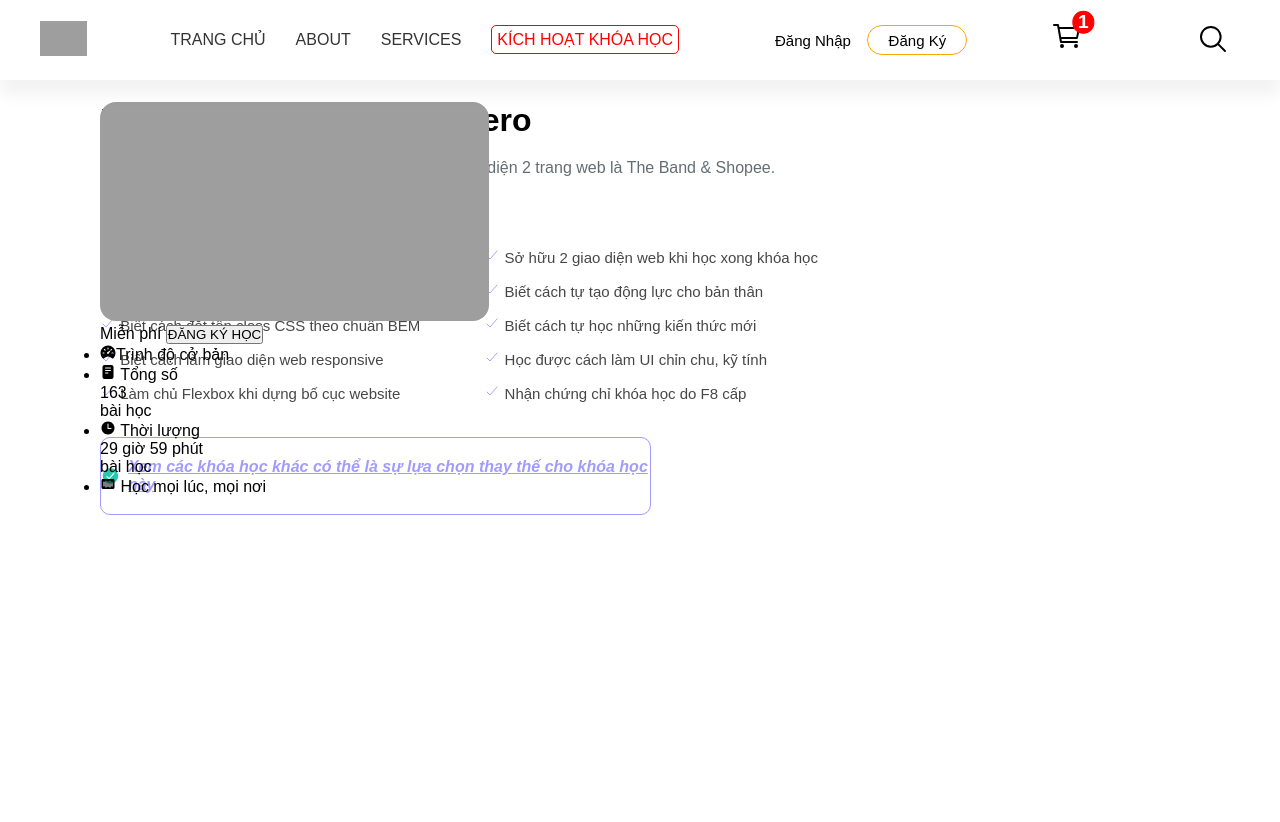
Repository: hoanghuuphuc/hoanghuuphuc
Page: details.html
An editor plug-in stored every save of this project. The page is shown before and after the next save, followed by the edit.
The browser window is 1280 px wide. The pictures show the whole page.
Pictures or frames that could not be fetched are drawn as grey boxes.

Above is the page before, as saved 2022-12-11 22:13:49.
Console error: TypeError: Cannot read properties of null (reading 'addEventListener')

### details.html
<!DOCTYPE html>
<html lang="en">
  <head>
    <meta charset="UTF-8" />
    <meta http-equiv="X-UA-Compatible" content="IE=edge" />
    <meta name="viewport" content="width=device-width, initial-scale=1.0" />
    <title>Product-Details</title>
    <link rel="stylesheet" href="./style.css" />
    <link rel="stylesheet" href="./rps_mobile.css" />
    <link rel="preconnect" href="https://fonts.gstatic.com" />
  </head>
  <body>
    <header>
      <div class="logo">
        <a href="">
          <img id="img" src="./Img/logene.jfif" alt="" />
        </a>
      </div>
      <div class="group">
        <ul class="navigation">
          <li><a href="">Trang Chủ</a></li>
          <li><a href="">About</a></li>
          <li><a href="">Services</a></li>
          <li><a id="active" href="">Kích Hoạt Khóa Học</a></li>
        </ul>
      </div>
      <div class="User">
        <div class="but">
          <button>Đăng Nhập</button>
          <button>Đăng Ký</button>
        </div>
      </div>
      <div class="icons">
        <ion-icon name="cart-outline"></ion-icon>
        <span>1</span>
      </div>
      <div class="search">
        <span class="icon">
          <ion-icon name="search-outline" class="searchBtn"></ion-icon>
          <ion-icon name="close-outline" class="closeBtn"></ion-icon>
        </span>
      </div>
      <ion-icon name="menu-outline" class="menuToggle"></ion-icon>
      <div class="searchBox">
        <input type="text" placeholder="Search here . . ." />
      </div>
    </header>
    <div class="details-section">
      <div class="details-left">
        <div class="details-left-name">
          <h1>HTML CSS từ Zero đến Hero</h1>
          <span
            >Trong khóa này chúng ta sẽ cùng nhau xây dựng giao diện 2 trang web
            là The Band & Shopee.</span
          >
        </div>
        <span class="bonus">Bạn sẽ học được gì?</span>
        <div class="details-left-content">
          <ul>
            <li>
              <ion-icon name="checkmark-outline"></ion-icon>
              Biết cách xây dựng giao diện web với HTML, CSS
            </li>
            <li>
              <ion-icon name="checkmark-outline"></ion-icon>
              Biết cách phân tích giao diện website
            </li>
            <li>
              <ion-icon name="checkmark-outline"></ion-icon>
              Biết cách đặt tên class CSS theo chuẩn BEM
            </li>
            <li>
              <ion-icon name="checkmark-outline"></ion-icon>
              Biết cách làm giao diện web responsive
            </li>
            <li>
              <ion-icon name="checkmark-outline"></ion-icon>
              Làm chủ Flexbox khi dựng bố cục website
            </li>
          </ul>
          <ul>
            <li>
              <ion-icon name="checkmark-outline"></ion-icon>
              Sở hữu 2 giao diện web khi học xong khóa học
            </li>
            <li>
              <ion-icon name="checkmark-outline"></ion-icon>
              Biết cách tự tạo động lực cho bản thân
            </li>
            <li>
              <ion-icon name="checkmark-outline"></ion-icon>
              Biết cách tự học những kiến thức mới
            </li>
            <li>
              <ion-icon name="checkmark-outline"></ion-icon>
              Học được cách làm UI chỉn chu, kỹ tính
            </li>
            <li>
              <ion-icon name="checkmark-outline"></ion-icon>
              Nhận chứng chỉ khóa học do F8 cấp
            </li>
          </ul>
        </div>
        <div class="details-left-tag">
          <ion-icon name="checkmark-circle"></ion-icon>
          <a href="#">
            Xem các khóa học khác có thể là sự lựa chọn thay thế cho khóa học
            này
          </a>
        </div>
      </div>
      <div class="details-right">
        <div class="details-right-video">
          <iframe
            width="389"
            height="219"
            src="https://www.youtube.com/embed/YTDHcEJs684"
            title="YouTube video player"
            frameborder="0"
            allow="accelerometer; autoplay; clipboard-write; encrypted-media; gyroscope; picture-in-picture"
            allowfullscreen></iframe>
        </div>
        <div class="details-right-content1">
          <span>Miễn phí</span>
          <button>ĐĂNG KÝ HỌC</button>
        </div>
        <div class="details-right-content2">
          <ul>
            <li>
              <ion-icon name="speedometer"></ion-icon
              ><span>Trình độ cở bản</span>
            </li>
            <li>
              <ion-icon name="reader"></ion-icon>
              <span
                >Tổng số
                <p>163</p>
                bài học</span
              >
            </li>
            <li>
              <ion-icon name="time"></ion-icon>
              <span
                ><span
                  >Thời lượng
                  <p>29 giờ 59 phút</p>
                  bài học</span
                ></span
              >
            </li>
            <li>
              <ion-icon name="barcode"></ion-icon
              ><span> Học mọi lúc, mọi nơi </span>
            </li>
          </ul>
        </div>
      </div>
    </div>

    <script src="./app.js"></script>
    <script
      type="module"
      src="https://unpkg.com/ionicons@5.5.2/dist/ionicons/ionicons.esm.js"></script>
    <script
      nomodule
      src="https://unpkg.com/ionicons@5.5.2/dist/ionicons/ionicons.js"></script>
  </body>
</html>

### style.css
* {
  margin: 0;
  padding: 0;
  box-sizing: border-box;
  font-family: "Poppins", sans-serif;
}
body {
  min-height: 100vh;
  overflow-x: hidden;
}
header {
  position: absolute;
  position: fixed;
  z-index: 100;
  top: 0;
  left: 0;
  width: 100%;
  height: 80px;
  background: #fff;
  padding: 20px 40px;
  display: flex;
  justify-content: space-between;
  align-items: center;
  box-shadow: 0px 15px 15px rgba(0, 0, 0, 0.05);
}
.logo img {
  height: 35px;
}
.group {
  display: flex;
  align-items: center;
}
header ul {
  position: relative;
  display: flex;
  gap: 30px;
}
header ul li {
  list-style: none;
}
header ul li a {
  position: relative;
  text-decoration: none;
  font-size: 1em;
  color: #333;
  text-transform: uppercase;
}
header ul li #active {
  border: 1px solid red;
  padding: 5px;
  color: red;
  border-radius: 5px;
}
header ul li a::before {
  content: "";
  position: absolute;
  bottom: -2px;
  width: 100%;
  height: 2px;
  background: #333;
  transform: scaleX(0);
  transition: transform 0.5s ease-in-out;
  transform-origin: right;
}
header ul li a:hover {
  opacity: 0.5;
}
header .User {
  display: flex;
  align-items: center;
}
header .User .but button:nth-child(1) {
  color: #000;
  font-size: 15px;
  height: 30px;
  width: 100px;
  outline: none;
  border: none;
  background: #fff;
}
header .User .but button:nth-child(2) {
  color: #000;
  font-size: 15px;
  height: 30px;
  width: 100px;
  border: 1px solid orange;
  background: #fff;
  border-radius: 15px;
}
header .User .but button:hover {
  opacity: 0.5;
}
header .icons {
  font-size: 2em;
  position: relative;
}
header .icons span {
  position: absolute;
  top: 0%;
  right: 0%;
  line-height: 5%;
  margin-bottom: 50px;
  font-size: 60%;
  color: #fff;
  border: 1px solid red;
  background: red;
  padding: 10px 5px 10px 5px;
  text-align: center;
  font-family: Arial, Helvetica, sans-serif;
  transform: translateX(50%) translateY(-40%);
  border-radius: 100%;
  font-weight: bold;
}
header .search {
  position: relative;
  display: flex;
  justify-content: center;
  align-items: center;
  font-size: 2em;
  z-index: 10;
  cursor: pointer;
}
.searchBox {
  position: absolute;
  right: -100%;
  width: 100%;
  height: 100%;
  display: flex;
  background: #fff;
  align-items: center;
  padding: 0 30px;
  transition: 0.5s ease-in-out;
}
.searchBox.active {
  right: 0;
}
.searchBox input {
  width: 100%;
  border: none;
  outline: none;
  height: 50px;
  color: #333;
  font-size: 1.25em;
  background: #fff;
  border-bottom: 1px solid rgba(0, 0, 0, 0.5);
}
.searchBtn {
  position: relative;
  left: 30px;
  top: 2.5px;
  transition: 0.5s ease-in-out;
}
.searchBtn.active {
  left: 0;
}
.closeBtn {
  opacity: 0;
  visibility: hidden;
  transition: 0.5s;
  scale: 0;
}
.closeBtn.active {
  opacity: 1;
  visibility: visible;
  transition: 0.5s;
  scale: 1;
}
.menuToggle {
  position: relative;
  display: none;
  left: 0;
}
.banner img {
  background-repeat: no-repeat;
  background-size: cover;
  margin-top: 4%;
}
.content {
  display: flex;
  flex-direction: row;
  margin-top: 50px;
  user-select: none;
  justify-content: center;
}
.content .content-1 {
  background-color: black;
  height: 2px;
  width: 200px;
}
.content .content-2 {
  font-size: 30px;
  font-family: "Segoe UI", Tahoma, Geneva, Verdana, sans-serif;
  font-weight: 600;
  padding: 10px;
  margin-top: -32px;
}
.content .content-3 {
  background-color: black;
  height: 2px;
  width: 200px;
}
.boxs {
  display: flex;
  justify-content: center;
  flex-wrap: wrap;
}
.box {
  margin-top: 10px;
  padding: 20px;
  margin: 10px;
  background: #f0f0f0;
  border-radius: 15px;
}
.box-image img {
  height: 250px;
  border-radius: 5%;
}
.box-content .box-name {
  display: flex;
  justify-content: center;
  align-items: center;
  padding: 10px;
}
.box-content .box-name span {
  font-weight: 700;
  margin-right: 5px;
  font-size: 20px;
  font-family: "Segoe UI", Tahoma, Geneva, Verdana, sans-serif;
  overflow: hidden;
  text-overflow: ellipsis;
  white-space: nowrap;
  width: 200px;
  text-align: center;
}
.box-content .box-price {
  display: flex;
  flex-direction: column;
  justify-content: center;
  padding: 5px 10px 10px 10px;
}
.box-content .box-price .price {
  padding: 0px 10px 10px 10px;
}
.price {
  overflow: hidden;
  text-overflow: ellipsis;
  white-space: nowrap;
  width: 210px;
}
.box-content .box-price .price span {
  font-size: 18px;
  font-weight: 500;
}
.box-content .box-price .price a {
  font-weight: 600;
}
.sale {
  overflow: hidden;
  text-overflow: ellipsis;
  white-space: nowrap;
  width: 210px;
}
.box-content .box-price .sale {
  padding: 0px 10px 0px 10px;
}
.box-content .box-price .sale span {
  font-size: 18px;
}
.box-content .box-price .sale a {
  font-size: 18px;
  color: red;
  font-weight: bold;
  text-decoration: none;
}
.box-btn {
  display: flex;
  justify-content: space-between;
  align-items: center;
  border-top: 1px solid #c0c0c0;
}
.box-btn button {
  padding: 5px 20px;
  font-size: 16px;
  font-weight: 500;
  font-family: "Lucida Sans", "Lucida Sans Regular", "Lucida Grande",
    "Lucida Sans Unicode", Geneva, Verdana, sans-serif;
  color: orangered;
  border: 1px solid orangered;
  border-radius: 5px;
  margin-top: 15px;
}
.box-btn button:hover {
  opacity: 0.5;
}
.box-btn ion-icon {
  font-size: 25px;
  font-weight: 500;
  color: orangered;
  margin-top: 15px;
  font-weight: 300;
}
.box-btn ion-icon:hover {
  opacity: 0.5;
}
.title {
  padding: 20px 0px 20px 150px;
}
.title span {
  font-size: 18px;
}
.tabs {
  display: flex;
  justify-content: flex-start;
  padding: 10px 150px 0px 150px;
  flex-wrap: wrap;
}
.tabs .tab-item {
  margin: 0px 0px 0px 5px;
}
.tabs .line {
  position: absolute;
  left: 0;
  bottom: 0;
  width: 0;
  height: 6px;
  border-radius: 15px;
  transition: all 0.2s ease;
}
.tab-item {
  min-width: 80px;
  padding: 5px 10px;
  font-size: 20px;
  text-align: center;
  color: #181821;
  background-color: #dee1e2;
  border-top-left-radius: 5px;
  border-top-right-radius: 5px;
  border-bottom: 5px solid transparent;
  opacity: 0.6;
  cursor: pointer;
  transition: all 0.5s ease;
  display: flex;
  justify-content: center;
  align-items: center;
  border-bottom: 2px solid #000;
}
.tab-icon {
  font-size: 24px;
  position: relative;
}
.tab-item:hover {
  opacity: 1;
  background-color: rgba(194, 53, 100, 0.05);
  border-color: rgba(194, 53, 100, 0.1);
}
.tab-item.active {
  opacity: 1;
  color: #ff4500;
  font-weight: 500;
  border-bottom: 2px solid #ff4500;
}
.tab-content {
  padding: 28px 0px 0px 150px;
}
.tab-pane {
  color: #333;
  display: none;
}
.tab-pane.active {
  display: block;
}
.tab-pane h2 {
  font-size: 24px;
  margin-bottom: 8px;
}
.boxeds {
  display: flex;
  flex-wrap: wrap;
}
.boxed {
  margin-top: 10px;
  padding: 20px;
  margin: 20px 20px 10px 0px;
  background: #f0f0f0;
  border-radius: 15px;
}
.boxed-image img {
  height: 250px;
  width: auto;
  border-radius: 10px;
  overflow: hidden;
  object-fit: cover;
}
.boxed-content .boxed-content-name {
  display: flex;
  justify-content: center;
  align-items: center;
  padding: 10px;
}
.boxed-content-name span {
  font-weight: 600;
  margin-right: 5px;
  font-size: 20px;
  font-family: "Segoe UI", Tahoma, Geneva, Verdana, sans-serif;
  overflow: hidden;
  text-overflow: ellipsis;
  white-space: nowrap;
  width: 200px;
  text-align: center;
  font-weight: 700;
}
.boxed-content-price {
  padding: 5px 10px 10px 10px;
}
.boxed-content-price1 span {
  font-size: 18px;
  font-weight: 500;
}
.boxed-content-price1 a {
  font-weight: 600;
}
.boxed-content-sale {
  padding: 10px 10px 10px 0px;
}
.boxed-content-sale span {
  font-size: 18px;
  font-weight: 500;
}
.boxed-content-sale a {
  font-weight: 600;
  color: red;
}
.boxed-content-btn {
  display: flex;
  justify-content: space-between;
  align-items: center;
  border-top: 1px solid #c0c0c0;
}
.boxed-content-btn button {
  padding: 5px 20px;
  font-size: 16px;
  font-weight: 500;
  font-family: "Lucida Sans", "Lucida Sans Regular", "Lucida Grande",
    "Lucida Sans Unicode", Geneva, Verdana, sans-serif;
  color: orangered;
  border: 1px solid orangered;
  border-radius: 5px;
  margin-top: 15px;
}
.boxed-content-btn button:hover {
  opacity: 0.5;
}
.boxed-content-btn ion-icon {
  font-size: 25px;
  font-weight: 500;
  color: orangered;
  margin-top: 15px;
  font-weight: 300;
}
.boxed-content-btn ion-icon:hover {
  opacity: 0.5;
}
footer {
  background: #181821;
  display: flex;
  justify-content: space-around;
  padding: 100px;
}
.footer-one a {
  font-size: 25px;
  padding: 5px;
  color: #fff;
  font-weight: 600;
}
.footer-one ul li {
  color: #a9b3bb;
  list-style: none;
  padding: 5px;
  font-size: 16px;
}
.footer-one span {
  font-style: italic;
}
.footer-two span {
  font-size: 25px;
  padding: 5px;
  color: #fff;
  font-weight: 600;
}
.footer-two ul li {
  color: #a9b3bb;
  list-style: none;
  padding: 5px;
  font-size: 16px;
}
.footer-three span {
  font-size: 25px;
  padding: 5px;
  color: #fff;
  font-weight: 600;
}
.footer-three ul li {
  color: #a9b3bb;
  list-style: none;
  padding: 5px;
  font-size: 16px;
}
.footers {
  display: flex;
  justify-content: space-around;
  background: #181821;
  padding: 10px;
  border-top: 2px solid #333;
  align-items: center;
}
.footers-text {
  color: #a9b3bb;
  font-size: 16px;
}
.footers-media img {
  width: auto;
  height: 40px;
  object-fit: cover;
  padding: 5px;
}
/* Css của form login */
.container {
  display: flex;
  justify-content: center;
  flex-direction: column;
  align-items: center;
  min-height: 100vh;
}
.form-login {
  border: 1px solid #999;
  padding: 50px 50px 30px 50px;
  width: 400px;
}
.form-login-input {
  margin: 15px 0;
}
.form-login-image {
  display: flex;
  justify-content: center;
  margin-bottom: 50px;
}
.form-input {
  border: 1px solid #999;
  border-radius: 4px;
  width: 100%;
  height: 50px;
  padding: 0 20px;
  transition: 0.25s ease;
  outline: none;
}
.form-input:focus {
  border-color: #ff4500;
}
.form-login-input {
  position: relative;
}
.form-label {
  position: absolute;
  top: 50%;
  transform: translateY(-50%);
  left: 21px;
  user-select: none;
  color: #999;
  pointer-events: none;
  transition: 0.25s ease;
}
.form-input:not(:placeholder-shown) + .form-label,
.form-input:focus + .form-label {
  top: 0;
  left: 11px;
  padding: 0 10px;
  display: inline-block;
  background-color: #fff;
  color: #ff4500;
  font-weight: 500;
  font-size: 14px;
}
.form-login-input .fa-regular {
  position: absolute;
  left: 90%;
  top: 18px;
  cursor: pointer;
}
.form-login-input .hidden {
  display: none;
}
.remember {
  display: flex;
  align-items: center;
}
.remember span {
  color: #999;
  margin-left: 10px;
}
.btn-login button {
  margin-top: 10px;
  width: 100%;
  padding: 8px;
  font-weight: 600;
  font-style: 20px;
  transition: 0.25s ease;
  font-family: "Segoe UI", Tahoma, Geneva, Verdana, sans-serif;
}
.btn-login button:hover {
  opacity: 0.5;
}
.or {
  display: flex;
  flex-direction: row;
  margin-top: 20px;
  user-select: none;
  justify-content: center;
}
.or-left {
  background-color: #999;
  height: 1px;
  width: 45%;
}
.or-center {
  font-family: "Segoe UI", Tahoma, Geneva, Verdana, sans-serif;
  font-weight: 600;
  padding: 10px;
  margin-top: -22px;
  color: #999;
}
.or-right {
  background-color: #999;
  height: 1px;
  width: 45%;
}
.forgot {
  padding-top: 20px;
  display: flex;
  justify-content: flex-end;
}
.forgot a {
  text-decoration: none;
  font-weight: 500;
  color: rgb(0, 149, 246);
}
.logins {
  display: grid;
  grid-template-columns: 1fr 3fr;
  align-items: center;
  padding: 0 10px;
}
.logins a {
  text-decoration: none;
}
.logins span {
  color: #333;
  padding-left: 10%;
  font-weight: 600;
  font-family: "Segoe UI", Tahoma, Geneva, Verdana, sans-serif;
}
.logins img {
  height: 30px;
  margin-left: 10px;
  transform: translateX(100%);
}
.login-facebook {
  margin-bottom: 10px;
}
.form-login-2 {
  border: 1px solid #999;
  padding: 20px 60px;
  margin-top: 10px;
}
.form-login-2 span a {
  text-decoration: none;
  font-weight: 600;
  color: rgb(0, 149, 246);
  font-family: "Segoe UI", Tahoma, Geneva, Verdana, sans-serif;
}
/* Css của trang chi tiết */
.details-section {
  margin-top: 8%;
  display: grid;
  grid-template-columns: 3fr 1fr;
  padding: 0 100px;
}
.details-left {
}
.details-left-name {
  margin-bottom: 20px;
}
.details-left-name h1 {
  margin-bottom: 20px;
}
.details-left-name span {
  font-weight: 300;
  color: #636e72;
}
.details-section .bonus {
  font-weight: 600;
  font-size: 20px;
  line-height: 50px;
}
.details-left-content {
  display: flex;
  flex-wrap: wrap;
  justify-content: flex-start;
  align-items: center;
}
.details-left-content ul li {
  list-style: none;
  margin-bottom: 15px;
  padding-left: 0;
  margin-right: 30px;
  font-size: 15px;
  color: #333;
  font-weight: 300;
  opacity: 0.9;
}
.details-left-content ul li ion-icon {
  color: #a29bfe;
  font-weight: bold;
  font-size: 16px;
}
.details-left-tag {
  margin-top: 20px;
  display: flex;
  align-items: center;
  justify-content: center;
  border: 1px solid #a29bfe;
  width: 68%;
  padding: 20px 0px;
  border-radius: 10px;
}
.details-left-tag ion-icon {
  margin-right: 8px;
  color: #22caaf;
  font-size: 20px;
}
.details-left-tag a {
  font-weight: 600;
  font-style: italic;
  color: #a29bfe;
  text-decoration: none;
  text-decoration-line: underline;
}
.details-right {
  display: flex;
  flex-direction: column;
  position: fixed;
  justify-content: flex-end;
}
.details-right-video iframe {
  border-radius: 16px;
}
.details-right-content1 {
}
.details-right-content2 {
}

### app.js
let searchBtn = document.querySelector(".searchBtn");
let closeBtn = document.querySelector(".closeBtn");
let searchBox = document.querySelector(".searchBox");
let navigation = document.querySelector(".navigation");
let menuToggle = document.querySelector(".menuToggle");
let header = document.querySelector("header");
searchBtn.onclick = function () {
  searchBox.classList.add("active");
  closeBtn.classList.add("active");
  searchBtn.classList.add("active");
  menuToggle.classList.add("hide");
  header.classList.remove("open");
};
closeBtn.onclick = function () {
  searchBox.classList.remove("active");
  closeBtn.classList.remove("active");
  searchBtn.classList.remove("active");
  menuToggle.classList.remove("hide");
};
menuToggle.onclick = function () {
  header.classList.toggle("open");
  searchBox.classList.remove("active");
  closeBtn.classList.remove("active");
  searchBtn.classList.remove("active");
};
const $ = document.querySelector.bind(document);
const $$ = document.querySelectorAll.bind(document);

const tabs = $$(".tab-item");
const panes = $$(".tab-pane");

const tabActive = $(".tab-item.active");
const line = $(".tabs .line");

// SonDN fixed - Active size wrong size on first load.
// Original post: https://www.facebook.com/groups/649972919142215/?multi_permalinks=1175881616551340
requestIdleCallback(function () {
  line.style.left = tabActive.offsetLeft + "px";
  line.style.width = tabActive.offsetWidth + "px";
});

tabs.forEach((tab, index) => {
  const pane = panes[index];

  tab.onclick = function () {
    $(".tab-item.active").classList.remove("active");
    $(".tab-pane.active").classList.remove("active");

    line.style.left = this.offsetLeft + "px";
    line.style.width = this.offsetWidth + "px";

    this.classList.add("active");
    pane.classList.add("active");
  };
});
const input = document.querySelector(".form-input");
const eyeOpen = document.querySelector(".eye-open");
const eyeClose = document.querySelector(".eye-close");
eyeOpen.addEventListener("click", function () {
  eyeOpen.classList.add("hidden");
  eyeClose.classList.remove("hidden");
  input.setAttribute("type", "password");
});
eyeClose.addEventListener("click", function () {
  eyeOpen.classList.remove("hidden");
  eyeClose.classList.add("hidden");
  input.setAttribute("type", "text");
});

Loaded but not shown: css/rps_mobile.css (no copy from this time; the picture is the same without it)

After the next save:
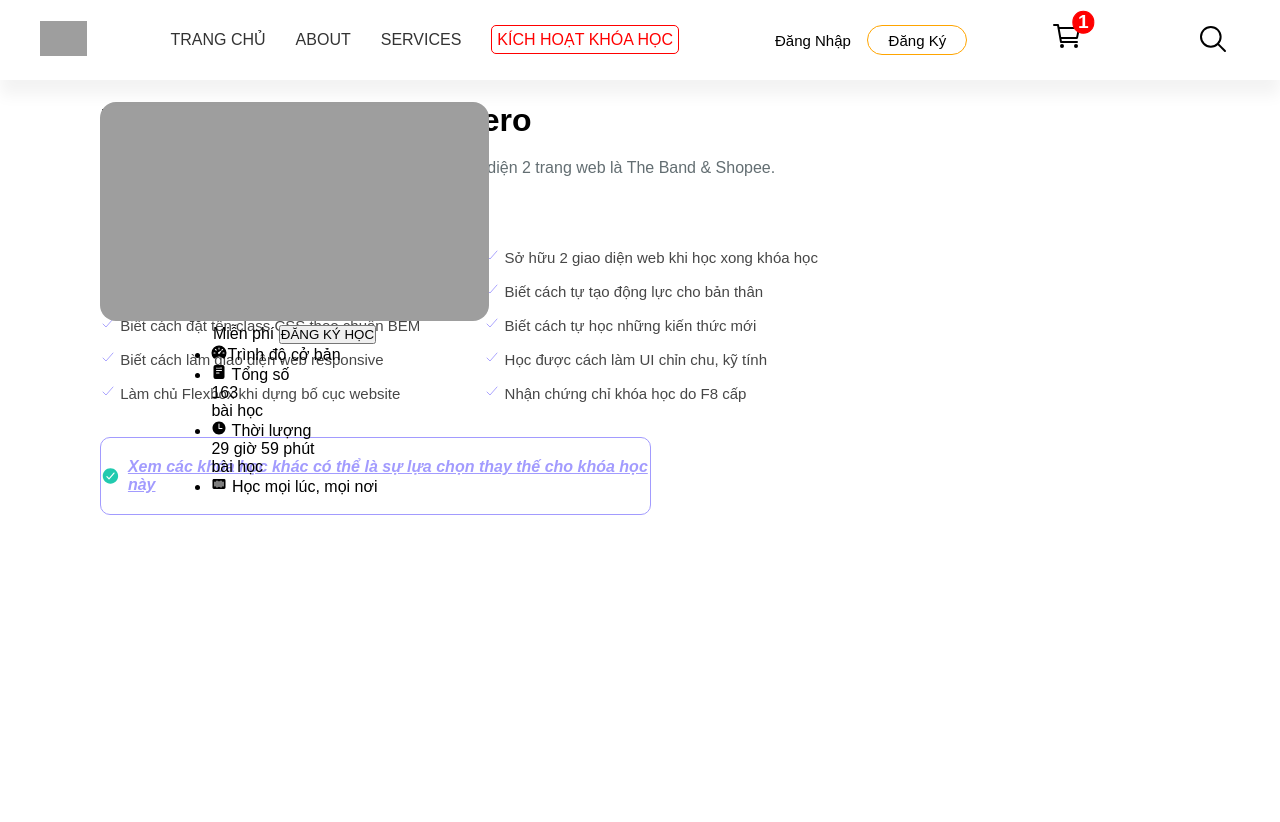
Saved 78 s later.
--- a/style.css
+++ b/style.css
@@ -748,7 +748,9 @@ footer {
   display: flex;
   flex-direction: column;
   position: fixed;
+  align-items: center;
   justify-content: flex-end;
+  transform: translateX(0%);
 }
 .details-right-video iframe {
   border-radius: 16px;
